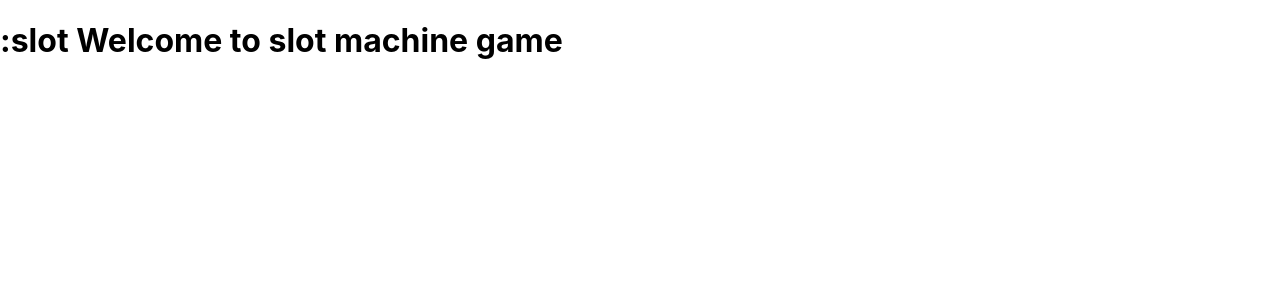
Repository: duggallakshya/slotMachineReact
Page: /
These files come from the project's save history. The page is drawn as it stood at one moment and after a run of saves; the edit follows.
The browser window is 1280 px wide. The pictures show the whole page.
The project was rebuilt for these pictures with package versions that can differ from the ones it lists, and the page was loaded fresh each time.

Above is the page before, as saved 2022-03-22 21:15:17.

After the next 2 saves:
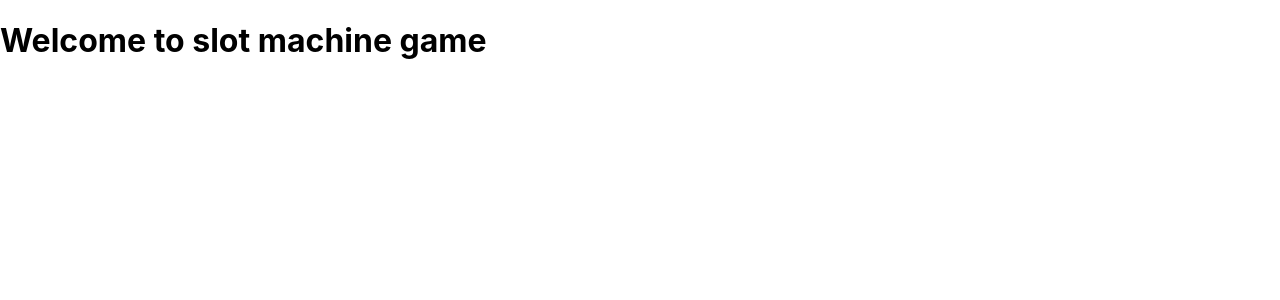
The 2 saves are shown as one change because they came seconds apart.
The last was saved 38 s later.
--- a/src/App.jsx
+++ b/src/App.jsx
@@ -3,7 +3,7 @@ import React from 'react'
 const App = () => {
     return(
         <>
-            <h1> :slot    Welcome to slot machine game</h1>
+            <h1>  Welcome to slot machine game</h1>
         </>
     )
 }
